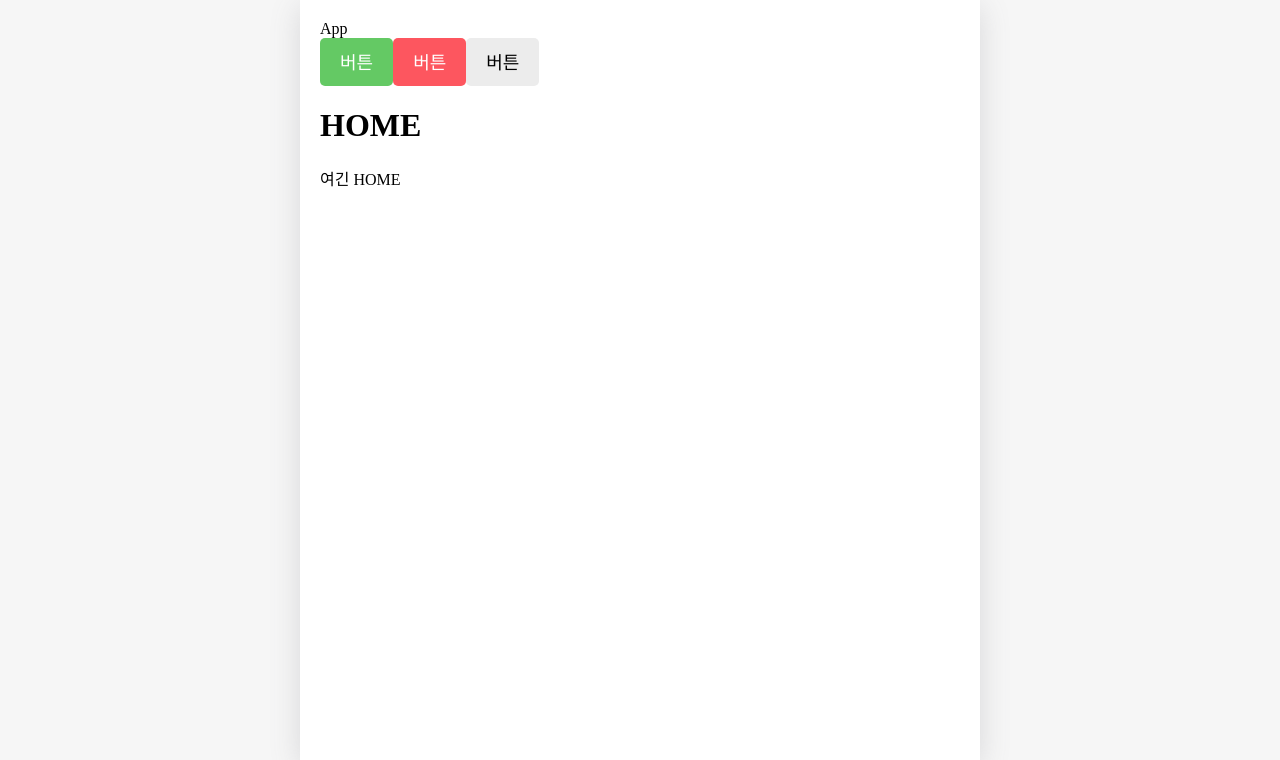
Repository: shinyoungjei/ReactStudy
Page: /
These files come from the project's save history. The page is drawn as it stood at one moment and after the next save; the edit follows.
The browser window is 1280 px wide. The pictures show the whole page.
Some web fonts or font styles are not loaded; a fallback is used. The project was rebuilt for these pictures with package versions that can differ from the ones it lists, and the page was loaded fresh each time. Also part of the build but not shown: src/pages/Diary.js, src/pages/Edit.js, src/pages/New.js.

Above is the page before, as saved 2022-07-16 00:53:03.

After the next save:
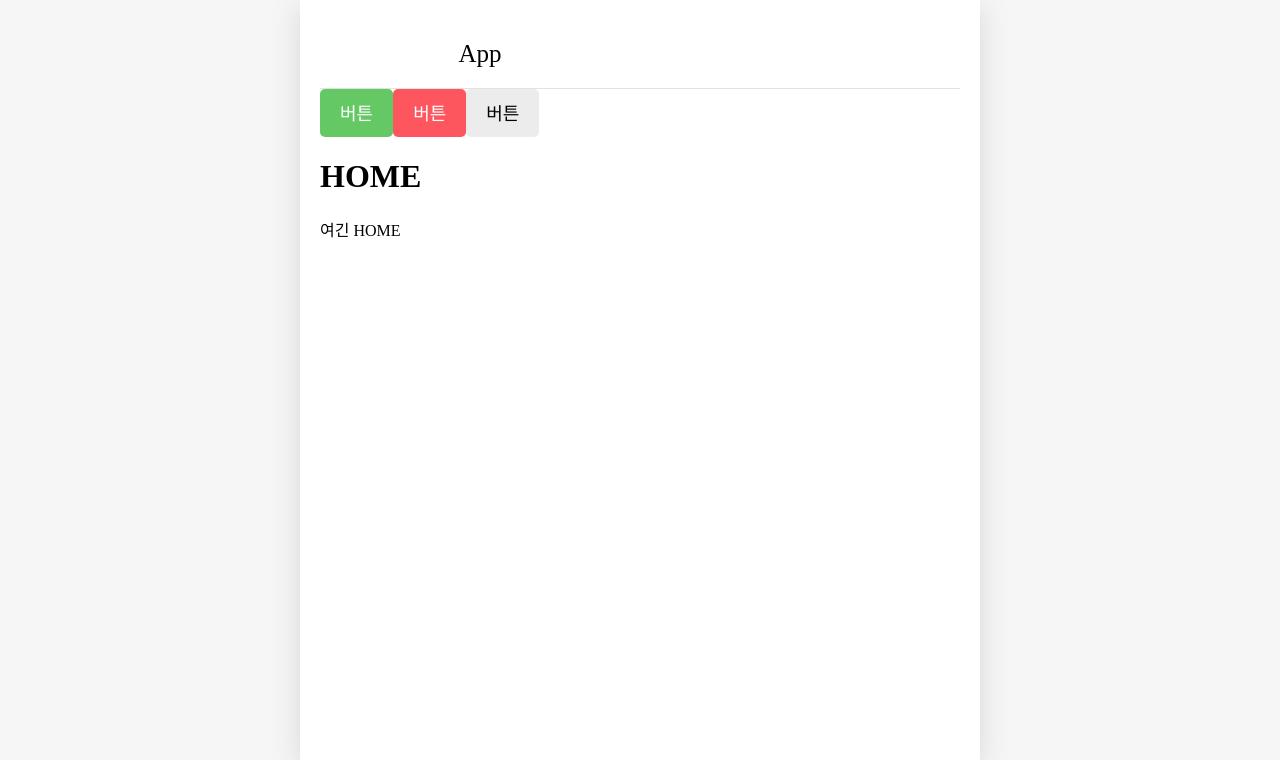
Saved 3 min 32 s later.
--- a/src/App.css
+++ b/src/App.css
@@ -72,3 +72,24 @@ body {
   background-color: #fd565f;
   color: white;
 }
+
+/* HEADER */
+
+header {
+  padding-top: 20px;
+  padding-bottom: 20px;
+
+  display: flex;
+  align-items: center;
+  border-bottom: 1px solid #e2e2e2;
+}
+
+header > div {
+  display: flex;
+}
+
+header .head_text {
+  width: 50%;
+  font-size: 25px;
+  justify-content: center;
+}
